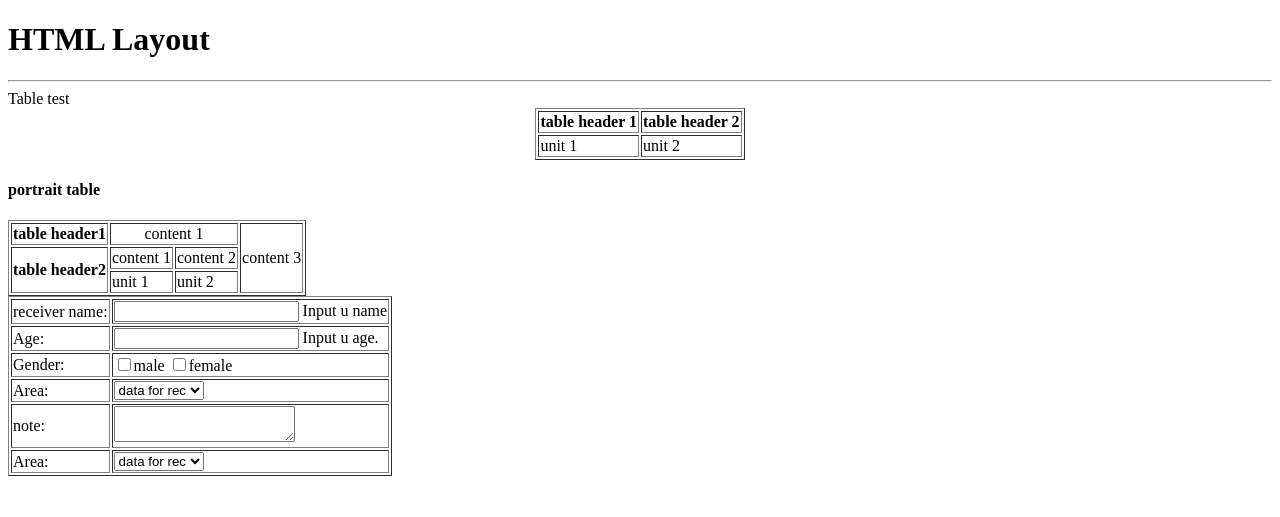
Repository: libelosophy/anjoyo
Page: workspace/QTalk/WebContent/html/table.html
The author's editor kept a copy of each file at every save. The page is drawn from the files as they stood at one save, then again after the next save.
The browser window is 1280 px wide. The pictures show the whole page.

Above is the page before, as saved 2013-09-09 11:55:14.

After the next save:
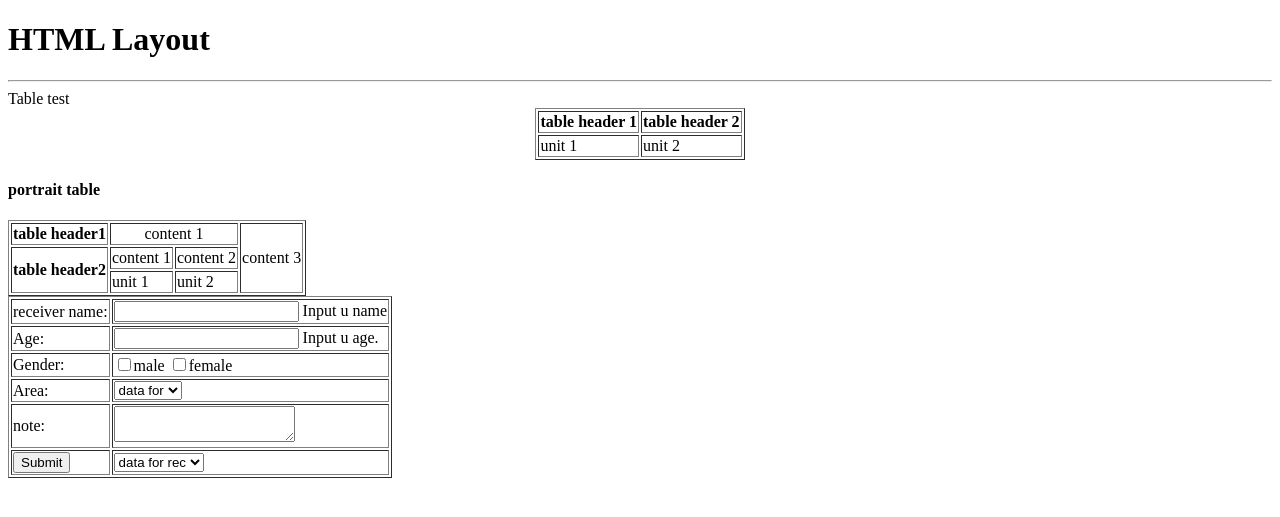
Saved 2 min 28 s later.
--- a/workspace/QTalk/WebContent/html/table.html
+++ b/workspace/QTalk/WebContent/html/table.html
@@ -64,11 +64,13 @@
 
 			<tr>
 				<td>Area:</td>
-				<td><select>
-						<option>data for rec</option>
-						<option>day 1</option>
-						<option>day 2</option>
-				</select></td>
+				<td>
+						<select>
+							<option>data for</option>
+							<option>day 1</option>
+							<option>day 2</option>
+						</select>
+				</td>
 			</tr>
 
 			<tr>
@@ -80,7 +82,9 @@
 
 
 			<tr>
-				<td>Area:</td>
+				<td>
+					<input type="submit" >
+				</td>
 				<td><select>
 						<option>data for rec</option>
 						<option>day 1</option>
